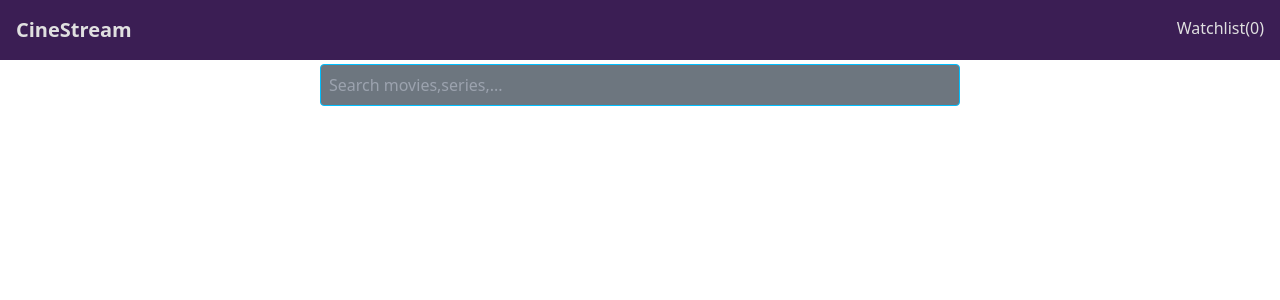
Repository: Reshmashameem31/Cine-Stream
Page: / (app in movie-project/)
An editor plug-in stored every save of this project. The page is shown before and after the next save, followed by the edit.
The browser window is 1280 px wide. The pictures show the whole page.
The project was rebuilt for these pictures with package versions that can differ from the ones it lists, and the page was loaded fresh each time. Also part of the build but not shown: movie-project/vite.config.js, movie-project/src/pages/WatchList.jsx.

Above is the page before, as saved 2025-08-15 16:22:52.

### movie-project/src/App.jsx
import {BrowserRouter,Routes,Route} from 'react-router-dom'

import { useState } from 'react'
import Navbar from './pages/Navbar'
import Watchlist from './pages/WatchList'
import Home from './pages/Home'
function App() {
  const [count, setCount] = useState(0)

  return (
    <BrowserRouter>

    <Navbar/>
    <Routes>
      <Route path='/' element={<Home/>}></Route>
        <Route path='/watchlist' element={<Watchlist/>}></Route>
    </Routes>
    </BrowserRouter>
  )
}

export default App

### movie-project/src/pages/Navbar.jsx
import React from 'react'
import { Link } from 'react-router-dom'

const Navbar = () => {
  return (
    <nav className='p-4 bg-[#3B1E54] text-[#E0E0E0]  flex justify-between fixed w-full top-0'>
      <Link to="/" className='font-bold text-xl hover:text-[#00E5FF] '>CineStream</Link>
      <Link to="/watchlist" className='text-l hover:text-[#00E5FF]'>Watchlist(0)</Link>
    </nav>
  )
}

export default Navbar

### movie-project/src/pages/Home.jsx
import React from 'react'

const Home = () => {
  return (
    <div className='p-4 pt-16 bg-[#00]'>
        <input type='text' placeholder='Search movies,series,...'
         className='p-2 w-3/4 md:w-1/2 border rounded border-[#00BFFF]
          bg-[#0D1B2A] bg-opacity-60 backdrop-blur-md text-white fixed  left-1/4  top-16' />
        <div className='movies-container'></div>
        <div className='pagination-container'></div>

    </div>
  )
}

export default Home

Loaded but not shown: movie-project/index.html (common file); movie-project/src/main.jsx (common file); movie-project/src/index.css (common file); movie-project/tailwind.config.js (common file)

After the next save:
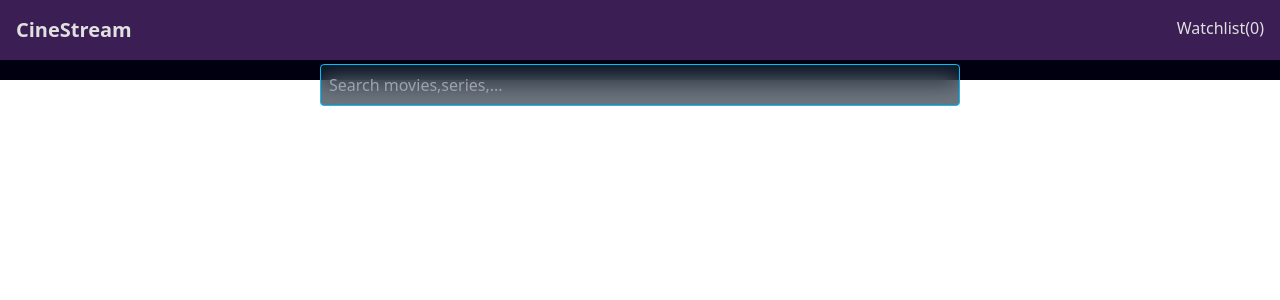
Saved 4 s later.
--- a/movie-project/src/pages/Home.jsx
+++ b/movie-project/src/pages/Home.jsx
@@ -2,7 +2,7 @@ import React from 'react'
 
 const Home = () => {
   return (
-    <div className='p-4 pt-16 bg-[#00]'>
+    <div className='p-4 pt-16 bg-[#001F]'>
         <input type='text' placeholder='Search movies,series,...'
          className='p-2 w-3/4 md:w-1/2 border rounded border-[#00BFFF]
           bg-[#0D1B2A] bg-opacity-60 backdrop-blur-md text-white fixed  left-1/4  top-16' />
